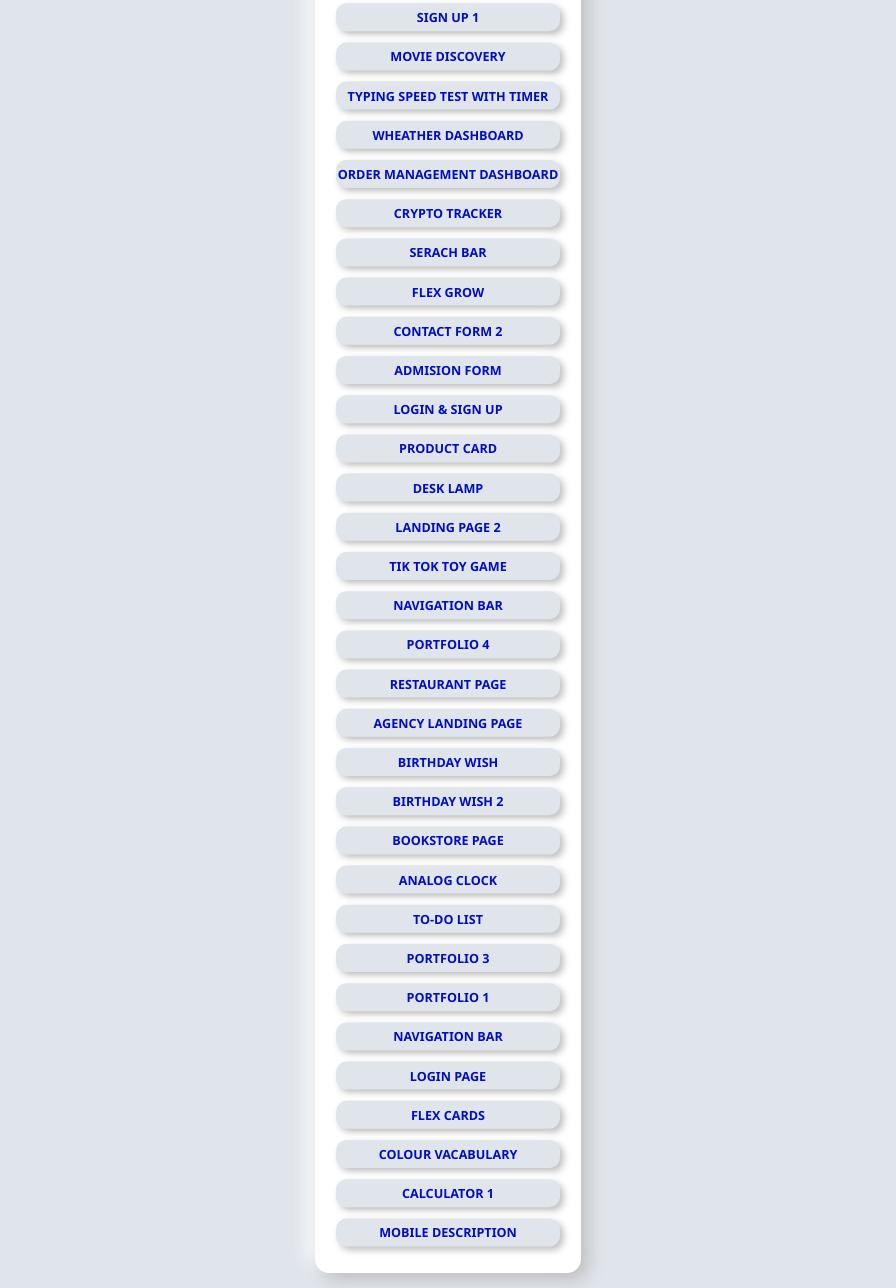
Repository: ruzni-dev/project-showcase
Page: pages/22-profile-card/index.html
The author's editor kept a copy of each file at every save. The page is drawn from the files as they stood at one save, then again after the next save.
The browser window is 1280 px wide. The pictures show the part of the page from y = 2282 to 4202 px (the page is 4122 px tall before and 4202 px after), at 70% of full size.

Above is the page before, as saved 2026-05-22 10:07:04.

### pages/22-profile-card/index.html
<!DOCTYPE html>
<html lang="en">
<head>
    <meta charset="UTF-8" />
    <meta name="viewport" content="width=device-width, initial-scale=1.0"/>
    <title>Profile Card</title>
    <link rel="stylesheet" href="assets/css/styles.css" />
    <link rel="stylesheet" href="https://cdnjs.cloudflare.com/ajax/libs/font-awesome/6.4.0/css/all.min.css" />
</head>
<body>
    <br>
    <!-- Theme Toggle Switch -->
    <div class="theme-toggle">
    <label class="switch">
        <input type="checkbox" id="themeCheckbox">
        <span class="slider">
        <i class="fas fa-moon icon moon"></i>
        <i class="fas fa-sun icon sun"></i>
        </span>
        <span class="label-text">Light mode</span>
    </label>
    </div>

    <!-- Profile Card -->
    <div class="card">
        <img decoding="async" src="assets/images/img1.jpg" class="profile-img" alt="Ruzni" />
        <h2>Mohamad Ruzni</h2>
        <p class="role">Creative Front End Developer passionate about Software Engineer</p>

        <button class="follow-btn">Follow Me</button>

        <div class="social-icons">
        <a href="https://www.facebook.com/share/155qVLvHQ7/" class="facebook"><i class="fab fa-facebook-f"></i></a>
        <a href="https://Wa.me/+94718644513" class="whatsapp"><i class="fab fa-whatsapp"></i></a>
        <a href="https://www.tiktok.com/@_dark_life_001_?_t=ZS-8yLu1wFGmJt&_r=1" class="tiktok"><i class="fab fa-tiktok"></i></a>
        </div>
    </div>
    <br>
    <h2>Projects</h2><br>
    <div class="card project">
        <a href="https://ruzni-dev.github.io/01-animated-accordion/">Animated Accordion</a>
        <a href="https://ruzni-dev.github.io/02-tgl-bar/">Toggle Bar</a>
        <a href="https://ruzni-dev.github.io/03-btn/">Buttons</a>
        <a href="https://ruzni-dev.github.io/03-landing-page/">Landing Page</a>
        <a href="https://ruzni-dev.github.io/04-popup-login/">Popup Login</a>
        <a href="https://ruzni-dev.github.io/05-calculater/">Calculator 2</a>
        <a href="https://ruzni-dev.github.io/06-modern-login/">Modern Login</a>
        <a href="https://ruzni-dev.github.io/07-contact-form/">Contact Form 1</a>
        <a href="https://ruzni-dev.github.io/08-countdown-timer/">Countdown Timer</a>
        <a href="https://ruzni-dev.github.io/09-portfolio/">Portfolio 2</a>
        <a href="https://ruzni-dev.github.io/10-digital-clock/">Digital Clock</a>
        <a href="https://ruzni-dev.github.io/11-expense-tracker-app/">Expense Tracker</a>
        <a href="https://ruzni-dev.github.io/12-flex-box/">Flex Box</a>
        <a href="https://ruzni-dev.github.io/13-modern-sign-up/">Modern Sign Up</a>
        <a href="https://ruzni-dev.github.io/14-img-slider/">Image Slider</a>
        <a href="https://ruzni-dev.github.io/15-login-form/">Login Form</a>
        <a href="https://ruzni-dev.github.io/16-sign-up/">Sign up 4</a>
        <a href="https://ruzni-dev.github.io/17-memory-card-game/">Memory Card Game</a>
        <a href="https://ruzni-dev.github.io/18-modern-login/">Modern Login</a>
        <a href="https://ruzni-dev.github.io/19-nav-menu/">Navigation Menu</a>
        <a href="https://ruzni-dev.github.io/20-number-geussing-game/">Number Guessing Game</a>
        <a href="https://ruzni-dev.github.io/21-animated-login/">Animated Login</a>
        <a href="https://ruzni-dev.github.io/22-profile-card/">Profile Card</a>
        <a href="https://ruzni-dev.github.io/23-pricing-table/">Pricing Table</a>
        <a href="https://ruzni-dev.github.io/24-recipe-finder/">Recipe Finder</a>
        <a href="https://ruzni-dev.github.io/25-rock-paper-scissor/">Rock Paper Scissor Game</a>
        <a href="https://ruzni-dev.github.io/26-slide-bar-menu/">Slide Bar Menu</a>
        <a href="https://ruzni-dev.github.io/27-sign-up/">Sign Up 3</a>
        <a href="https://ruzni-dev.github.io/28-sign-up/">Sign Up 2</a>
        <a href="https://ruzni-dev.github.io/29-sign-up/">Sign Up 1</a>
        <a href="https://ruzni-dev.github.io/30-movies-page/">Movie Discovery</a>
        <a href="https://ruzni-dev.github.io/31-typing-speed-test-with-timer/">Typing Speed Test With Timer</a>
        <a href="https://ruzni-dev.github.io/32-wheather-dashboard/">Wheather Dashboard</a>
        <a href="https://ruzni-dev.github.io/33-oredr-managment-dashboard/">Order Management Dashboard</a>
        <a href="https://ruzni-dev.github.io/34-crypto-tracker/">Crypto Tracker</a>
        <a href="https://ruzni-dev.github.io/35-search-bar/">Serach Bar</a>
        <a href="https://ruzni-dev.github.io/36-flex-grow-hover-effect/">Flex Grow</a>
        <a href="https://ruzni-dev.github.io/37-contact-form/">Contact Form 2</a>
        <a href="https://ruzni-dev.github.io/38-admision-form/">Admision Form</a>
        <a href="https://ruzni-dev.github.io/39-login/">Login & sign up</a>
        <a href="https://ruzni-dev.github.io/40-product-card/">Product Card</a>
        <a href="https://ruzni-dev.github.io/41-realistic-desk-lamp/">Desk Lamp</a>
        <a href="https://ruzni-dev.github.io/42-landing-page/">Landing page 2</a>
        <a href="https://ruzni-dev.github.io/43-tic-tac-toe-game/">Tik Tok Toy Game</a>
        <a href="https://ruzni-dev.github.io/44-nav-bar/">Navigation bar</a>
        <a href="https://ruzni-dev.github.io/45-portfolio1/">Portfolio 4</a>
        <a href="https://ruzni-dev.github.io/46-Restaurent/">Restaurant Page</a>
        <a href="https://ruzni-dev.github.io/47-agency-landing-page/">Agency Landing Page</a>
        <a href="https://ruzni-dev.github.io/48-birthday-wish/">Birthday wish</a>
        <a href="https://ruzni-dev.github.io/49-birthday-wish-2/">Birthday wish 2</a>
        <a href="https://ruzni-dev.github.io/50-bookstore-page/">Bookstore page</a>
        <a href="https://ruzni-dev.github.io/clock/">Analog Clock</a>
        <a href="https://ruzni-dev.github.io/project-to-do/">To-Do List</a>
        <a href="https://ruzni-dev.github.io/project-port/">Portfolio 3</a>
        <a href="https://ruzni-dev.github.io/portfolio1/">Portfolio 1</a>
        <a href="https://ruzni-dev.github.io/nawBar/">Navigation Bar</a>
        <a href="https://ruzni-dev.github.io/login/">Login Page</a>
        <a href="https://ruzni-dev.github.io/flex-cards/">Flex Cards</a>
        <a href="https://ruzni-dev.github.io/color-vac/">Colour Vacabulary</a>
        <a href="https://ruzni-dev.github.io/calculater/">Calculator 1</a>
        <a href="https://ruzni-dev.github.io/mobile-describe/">Mobile Description</a>
    </div>
    <br>

    <script src="assets/js/app.js"></script>
</body>
</html>

### pages/22-profile-card/assets/css/styles.css
/* Reset */
* {
  margin: 0;
  padding: 0;
  box-sizing: border-box;
  scroll-behavior: smooth;
}

body {
  font-family: 'Segoe UI', sans-serif;
  background: #e0e5ec;
  display: flex;
  flex-direction: column;
  align-items: center;
  justify-content: center;
  min-height: 100vh;
  transition: background 0.4s ease;
}

/* Theme Toggle */
.theme-toggle {
  margin-bottom: 30px;
}

.switch {
  display: flex;
  align-items: center;
  cursor: pointer;
}

.switch input {
  display: none;
}

.slider {
  position: relative;
  width: 60px;
  height: 30px;
  background: #ccc;
  border-radius: 30px;
  transition: background-color 0.3s ease;
}

.slider::before {
  content: "";
  position: absolute;
  height: 26px;
  width: 26px;
  border-radius: 50%;
  background: white;
  top: 2px;
  left: 2px;
  z-index: 2;
  transition: transform 0.3s ease;
}

.icon {
  position: absolute;
  font-size: 14px;
  color: #555;
  top: 50%;
  transform: translateY(-50%);
  pointer-events: none;
  transition: opacity 0.3s ease;
}

body.dark .icon {
  color: white;
}

.moon {
  left: 10px;
  opacity: 0;
}

.sun {
  right: 10px;
  opacity: 1;
}

.label-text {
  margin-left: 12px;
  font-weight: 600;
  font-size: 16px;
  color: #333;
}

/* Toggle Active */
input:checked + .slider {
  background: #444;
}

input:checked + .slider::before {
  transform: translateX(30px);
}

input:checked + .slider .moon {
  opacity: 1;
}

input:checked + .slider .sun {
  opacity: 0;
}



/* Profile Card */
.card {
  background: #ffffff;
  padding: 30px;
  border-radius: 20px;
  box-shadow: 10px 10px 25px #bebebe, -10px -10px 25px #ffffff;
  text-align: center;
  width: 90%;
  max-width: 380px;
  transition: background 0.2s ease, box-shadow 0.2s ease;
}

.profile-img {
  width: 180px;
  height: 180px;
  border-radius: 50%;
  border: 4px solid #0162ff;
  object-fit: cover;
  box-shadow: 0 4px 12px rgba(0, 0, 0, .6);
  margin-bottom: 20px;
}

body.dark .profile-img {
  border: 4px solid white;

}

.card h2 {
  font-size: 24px;
  margin-bottom: 10px;
  color: #2a2d32;
}

.card .role {
  font-size: 14px;
  color: #555;
  margin-bottom: 20px;
}

.follow-btn {
  padding: 10px 20px;
  border: none;
  background: linear-gradient(to right, #6a11cb, #2575fc);
  color: white;
  border-radius: 30px;
  font-size: 15px;
  cursor: pointer;
  margin-bottom: 20px;
}

.social-icons {
  display: flex;
  justify-content: center;
  gap: 20px;
}

.social-icons a {
  text-decoration: none;
  width: 42px;
  height: 42px;
  display: flex;
  justify-content: center;
  align-items: center;
  border-radius: 50%;
  font-size: 18px;
  transition: all 0.3s ease;
}

.facebook {
  background: #e0e5ec;
  color: #0162ff;
  box-shadow: 5px 5px 10px #bebebe, -5px -5px 10px #ffffff;
}

.whatsapp {
  background: #e0e5ec;
  color: #00c033;
  box-shadow: 5px 5px 10px #bebebe, -5px -5px 10px #ffffff;
}

.tiktok {
  background: #e0e5ec;
  color: #000;
  box-shadow: 5px 5px 10px #bebebe, -5px -5px 10px #ffffff;
}


.social-icons a:hover {
  transform: scale(1.1);
}

/* Individual Colors */
.facebook {
  color: #3b5998;
}
.whatsapp {
  color: #00c033;
}
.tiktok {
  color: #000;
}

/* Dark Mode */


body.dark .card {
  background: #2a2d32;
  box-shadow: inset 6px 6px 12px #1c1e21, inset -6px -6px 12px #3c4149;
}

body.dark .card h2,
body.dark .card .role {
  color: #eee;
}

body.dark .facebook {
  background: #0162ff;
  box-shadow: inset 5px 5px 10px #0d47a1, inset -5px -5px 10px #1e88e5;
  color: white;
}

body.dark .whatsapp {
  background: #00c033;
  box-shadow: inset 5px 5px 10px #018524, inset -5px -5px 10px #01f141;
  color: white;
}

body.dark .tiktok {
  background: #000;
  box-shadow: inset 5px 5px 10px #1c1c1c, inset -5px -5px 10px #333;
  color: white;
}

.Projects {
  display: flex;
  justify-content: center;
  gap: 20px;
  align-items: center;
  flex-wrap: wrap;
  flex-direction: column;
}

.project a {
  background: #e0e5ec;
  color: #000dc4;
  box-shadow: 5px 5px 10px #bebebe, -5px -5px 10px #ffffff;
  display: inline-block;
  width: 100%;
  margin: 8px 0;
  padding: 8px 0;
  text-decoration: none;
  text-transform: uppercase;
  font-weight: 600;
  font-size: 18px;
  border-radius: 15px;
}

body.dark .project a {
  background: #000dc4;
  box-shadow: inset 5px 5px 10px #00087e, inset -5px -5px 10px #1323ff;
  color: white;
}

.project a:hover {
  transform: scale(1.05);
}

### pages/22-profile-card/assets/js/app.js
const themeToggle = document.getElementById('themeCheckbox');
const labelText = document.querySelector('.label-text');
const img = document.querySelector('.profile-img');

themeToggle.addEventListener('change', () => {
  document.body.classList.toggle('dark');
  labelText.textContent = document.body.classList.contains('dark')
    ? 'Dark mode'
    : 'Light mode';
  if (img.src.includes("img1.jpg") || img.src.includes("assets/images/img1.jpg")) {
    img.src = "assets/images/img3.jpg";
  } else {
    img.src = "assets/images/img1.jpg";
  }
});

After the next save:
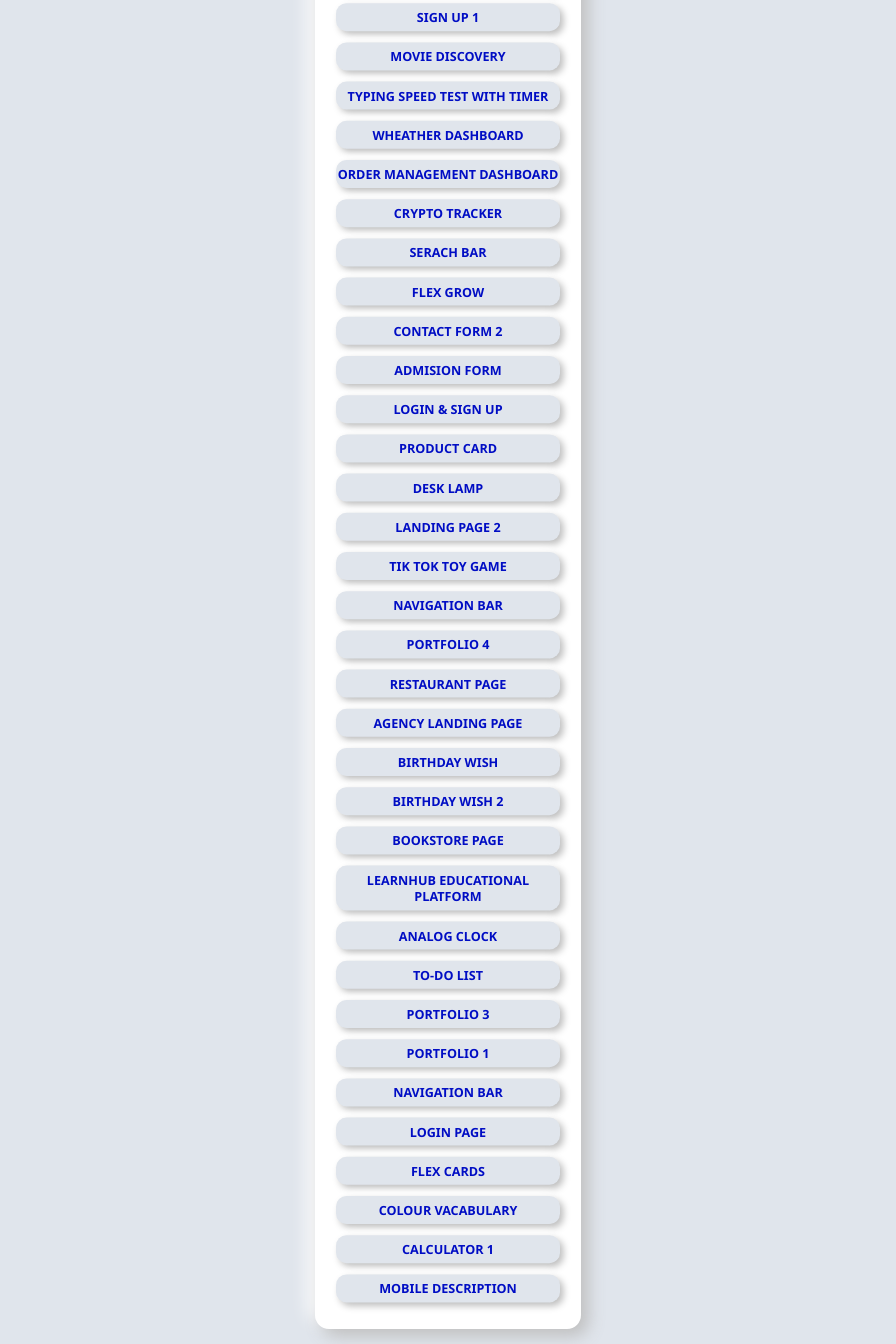
Saved 16 min 43 s later.
--- a/pages/22-profile-card/index.html
+++ b/pages/22-profile-card/index.html
@@ -89,6 +89,7 @@
         <a href="https://ruzni-dev.github.io/48-birthday-wish/">Birthday wish</a>
         <a href="https://ruzni-dev.github.io/49-birthday-wish-2/">Birthday wish 2</a>
         <a href="https://ruzni-dev.github.io/50-bookstore-page/">Bookstore page</a>
+        <a href="https://ruzni-dev.github.io/51-learnhub/">LearnHub Educational Platform</a>
         <a href="https://ruzni-dev.github.io/clock/">Analog Clock</a>
         <a href="https://ruzni-dev.github.io/project-to-do/">To-Do List</a>
         <a href="https://ruzni-dev.github.io/project-port/">Portfolio 3</a>
